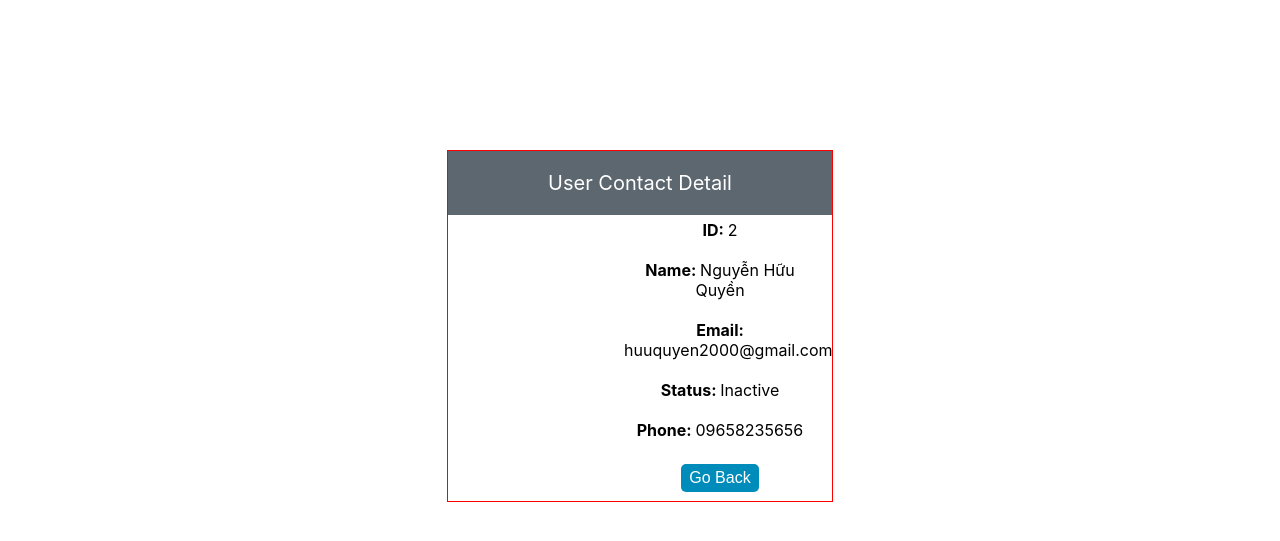
Repository: fdhhhdjd/Redux-Toolkit-CURD-Firebase
Page: /view/2
These files come from the project's save history. The page is drawn as it stood at one moment and after the next save; the edit follows.
The browser window is 1280 px wide. The pictures show the whole page.
The project was rebuilt for these pictures with package versions that can differ from the ones it lists, and the page was loaded fresh each time. Also part of the build but not shown: src/Component/Home.js, src/Styles/AddEdit.css, src/Component/AddEdit.js.

Above is the page before, as saved 2021-10-24 21:43:31.

After the next save:
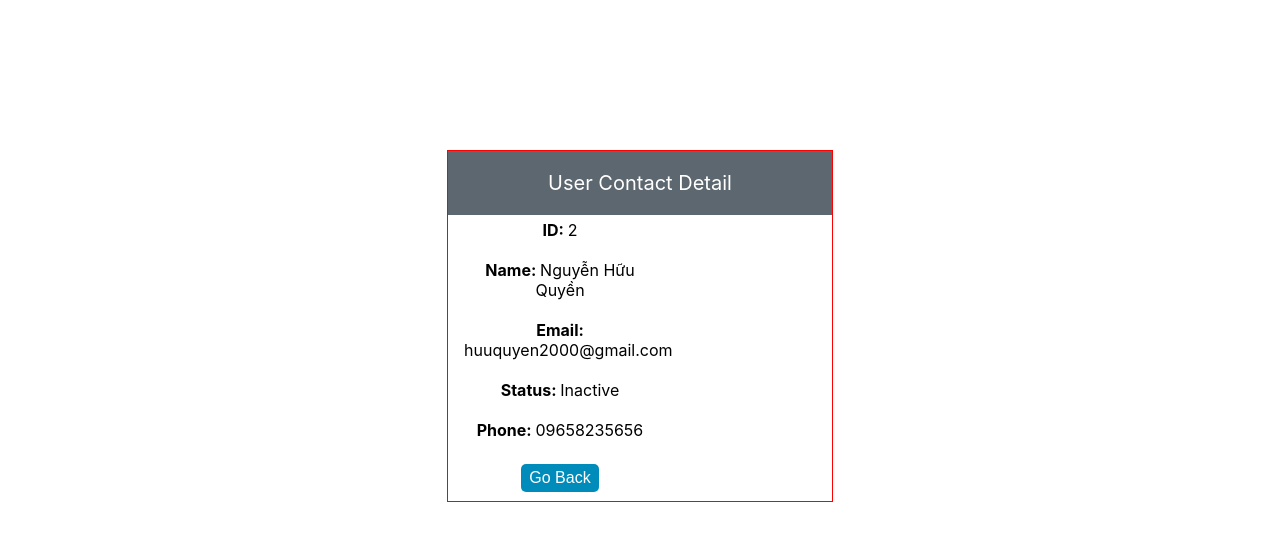
Saved 7 s later.
--- a/src/Styles/View.css
+++ b/src/Styles/View.css
@@ -19,6 +19,6 @@
     font-size: 20px;
   }
   .container {
-    margin-left: 10rem;
+    margin-right: 10rem;
     padding: 5px 16px;
   }
